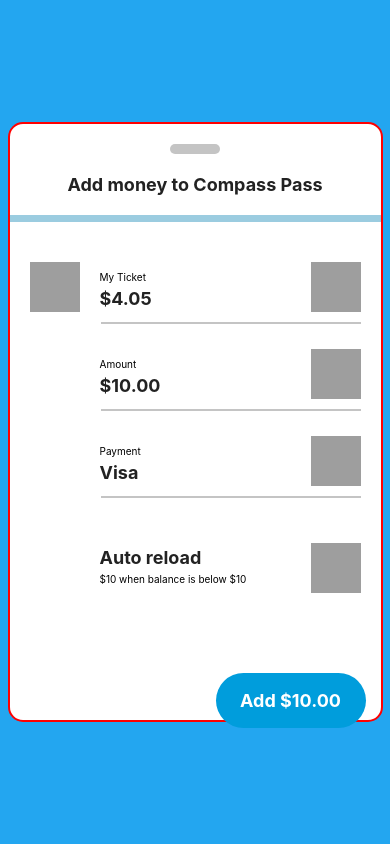
Repository: wilyyy/CompassPlus
Page: /
These files come from the project's save history. The page is drawn as it stood at one moment and after the next save; the edit follows.
The browser window is 390 px wide. The pictures show the whole page.
Pictures or frames that could not be fetched are drawn as grey boxes. The app was drawn by React Native's web renderer in a window 390 px wide. The project was rebuilt for these pictures with package versions that can differ from the ones it lists, and the page was loaded fresh each time. Also part of the build but not shown: constants/styles.js, comps/CompassCardParent/cardManager.js, comps/CompassCardParent/transferFunds.js, comps/LinkCompassCard/index.js, comps/RideCardCont/index.js, storybook/stories/CenterView/style.js, comps/SignUpTransitCard/index.js.

Above is the page before, as saved 2021-10-30 20:00:24.

After the next save:
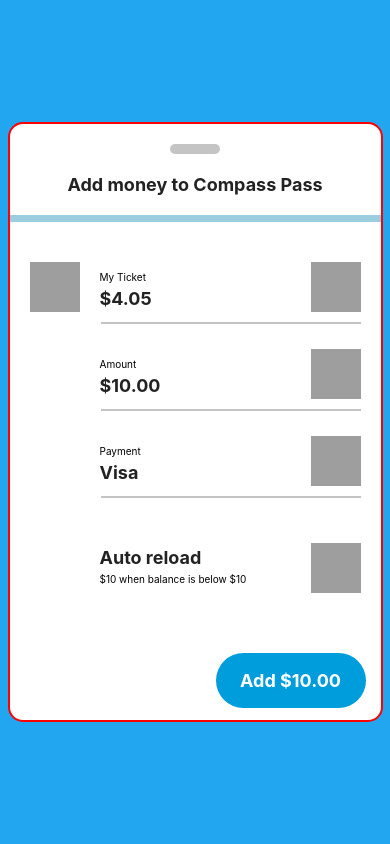
Saved 5 s later.
--- a/comps/CompassCardParent/CardManager/AddFunds/index.js
+++ b/comps/CompassCardParent/CardManager/AddFunds/index.js
@@ -225,7 +225,7 @@
         alignSelf: 'flex-end',
         right: 15,
         justifyContent: 'center',
-        marginTop: 70,
+        marginTop: 50,
 
 
     }
